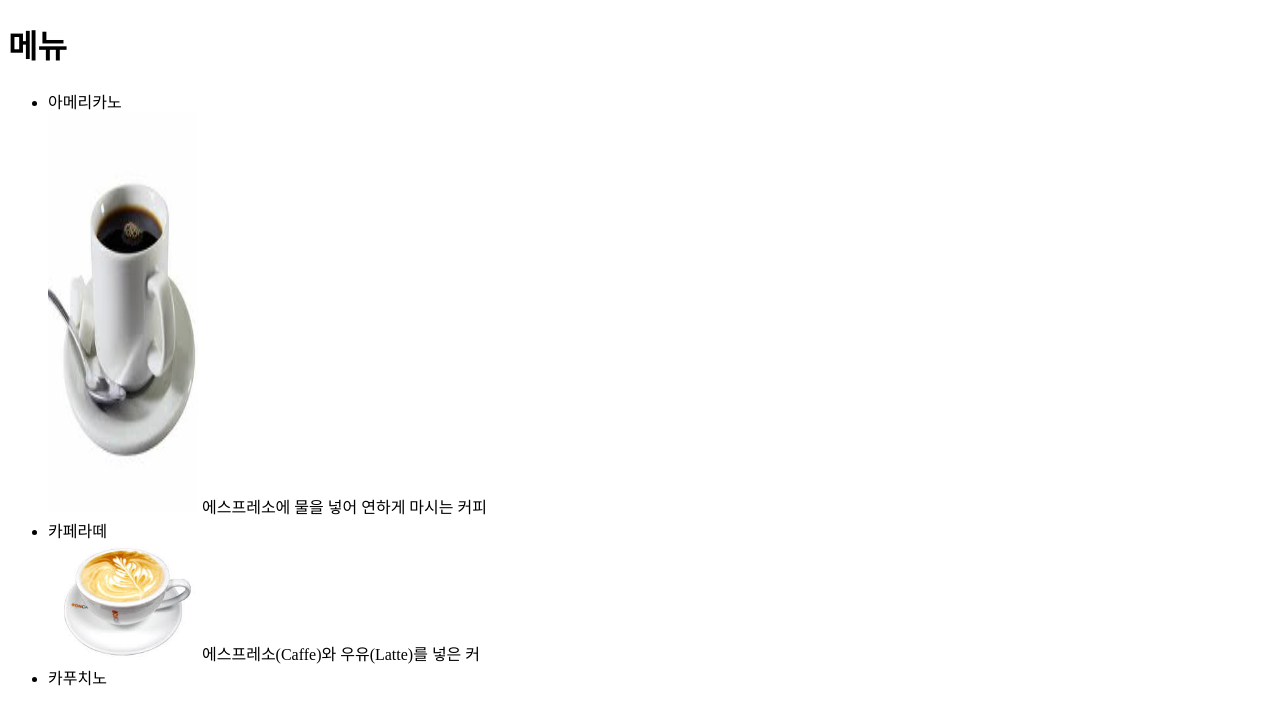
Repository: younseochoi/AI_PLATFORM
Page: my_code/03_web/html/src/main/webapp/menu.html
The author's editor kept a copy of each file at every save. The page is drawn from the files as they stood at one save, then again after the next save.
The browser window is 1280 px wide. The pictures show the whole page.

Above is the page before, as saved 2022-07-21 08:34:40.

After the next save:
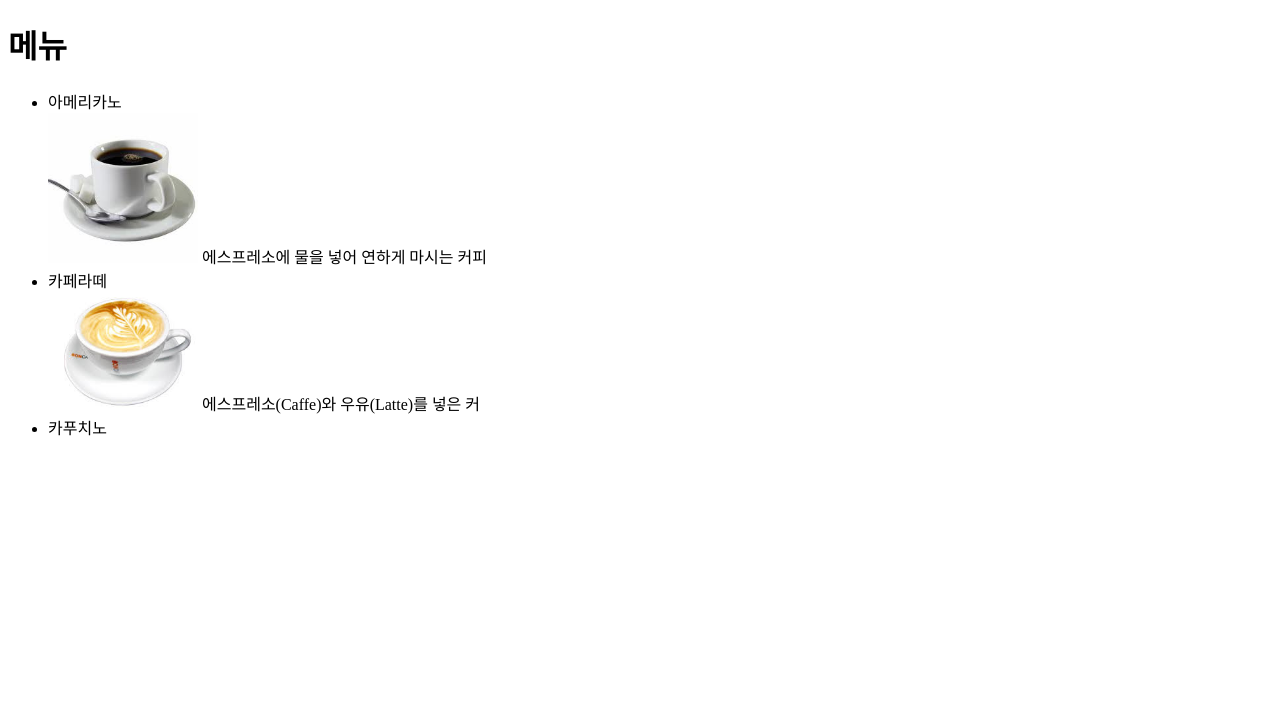
Saved 20 s later.
--- a/my_code/03_web/html/src/main/webapp/menu.html
+++ b/my_code/03_web/html/src/main/webapp/menu.html
@@ -8,7 +8,7 @@
 <h1>메뉴</h1>
 <ul>
 	<li>아메리카노</li>
-		<img src="images/americano.jpg" width="150" height="400">
+		<img src="images/americano.jpg" width="150" height="150">
 		에스프레소에 물을 넣어 연하게 마시는 커피
 
 	<li>카페라떼</li>
